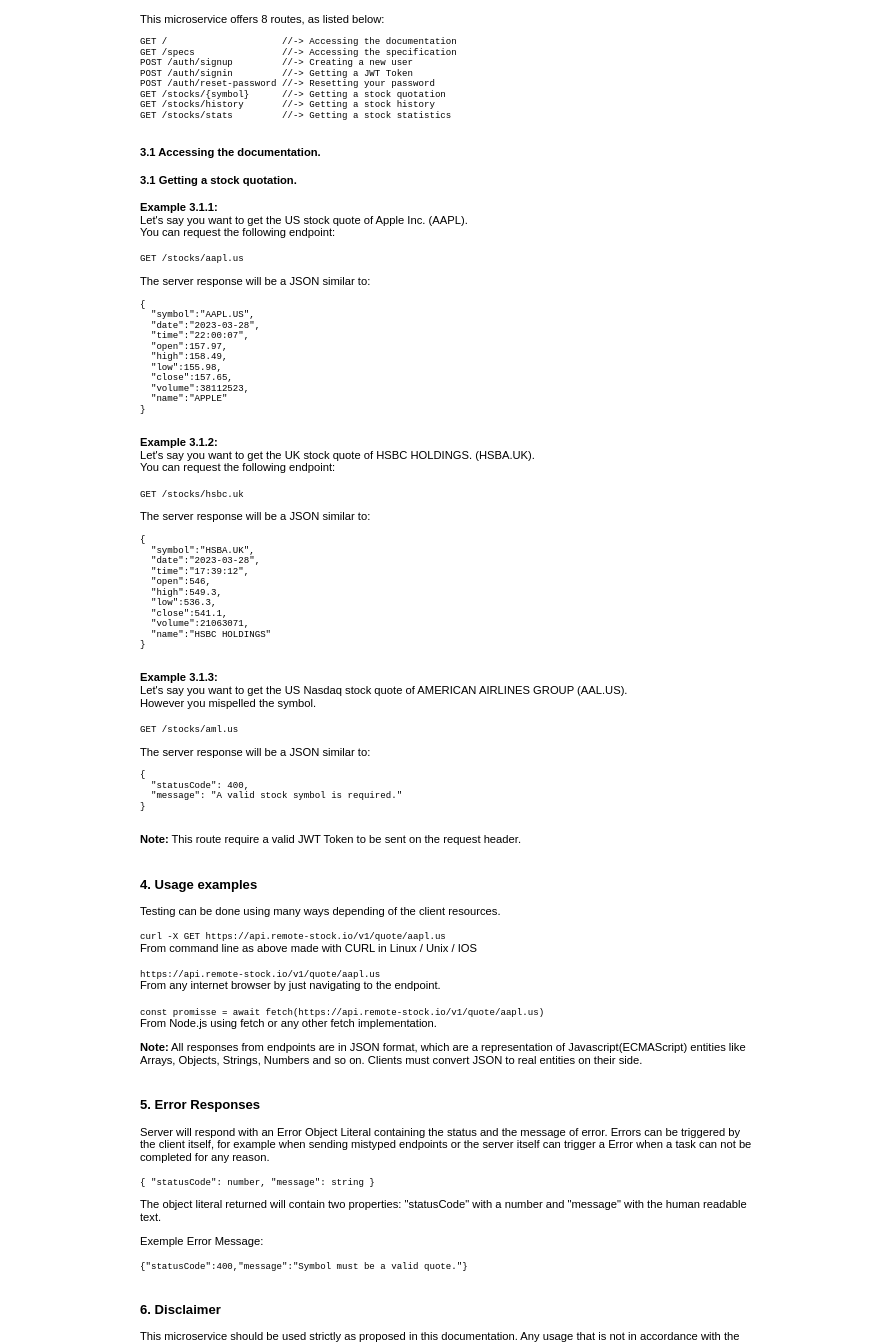
Repository: miguelamello/nest-js
Page: stock-service/documentation.html
These files come from the project's save history. The page is drawn as it stood at one moment and after the next save; the edit follows.
The browser window is 1280 px wide. The pictures show the part of the page from y = 1616 to 3536 px (the page is 3651 px tall before and 5612 px after), at 70% of full size.

Above is the page before, as saved 2023-04-02 21:14:53.

### stock-service/documentation.html
<!DOCTYPE html>
<html lang="en">
<head>
  <meta charset="UTF-8">
  <meta http-equiv="X-UA-Compatible" content="IE=edge">
  <meta name="viewport" content="width=device-width, initial-scale=1.0">
  <title>STOCK QUOTE MICROSERVICE</title>
  <style>
    body {
      font-family: Arial, Helvetica, sans-serif;
      padding: 3% 15%;
    }
    h3 {
      margin-top: 5%;
    }
    pre {
      margin: 0;
      overflow: auto;
    }
  </style>
</head>
<body>
  <h2>STOCK QUOTE MICROSERVICE DOCUMENTATION</h2>
  <p>
    This microservice aims to facilitate the acquisition of stock exchange quotes from various
    companies in US and UK. Please follow the documentation to get a complete understanding
    of how the service works.
  </p>

  <h3>1. Entrypoint</h3>
  <code>https://api.stock-quote.io/v1</code>
  <p>
    All routes starts from the entrypoint above. Accessing this entrypoint will
    retrieve the STOCK QUOTE MICROSERVICE DOCUMENTATION in a friendly presentation,
    as easy to read as this page can be.
  </p>

  <p>If you want for a more detailed documentation, you should navigate to the
    STOCK QUOTE MICROSERVICE SPECIFICATION where you will find more technical
    explanations about the service.
  </p>

  <pre>
GET /spec HTTP/1.1
Host: https://api.stock-quote.io/v1
  </pre>

  <h3>2. Authentication</h3>
  <p>A JSON Web Token (JWT) Authentication is required for some routes on the microservice.
    Below is listed the steps that must be followed to get a valid JWT Token. The token is
    a string similar to the following:
  </p>

  <pre>
eyJhbGciOiJIUzI1NiIsInR5cCI6IkpXVCJ9.eyJ1c2VybmFtZSI6Im1pZ3VlbGFuZ2Vsb21
lbGxvQGdtYWlsLmNvbSIsInN1YiI6IjY0Mjg2YmY0ZWE1OTAxNmQwNjg0MTJiYSIsImlhdCI6MTY4MDM3Mjc4OSwiZ
XhwIjoxNjgwNDU5MTg5fQ.6tP4CUwuBqWPXSu1aLEoy7kCQnCnvEBEXRHDIXUWLNo
  </pre>
  <p>

    <br><div><b>2.1 Signup to the service</b></div><br>

    <pre>
POST /auth/signup HTTP/1.1
Host: https://api.stock-quote.io/v1
Content-Type: application/x-www-form-urlencoded
Content-Length: 35

email=yourname@example.com
    </pre>

    <div>You must send a POST request to <code>/auth/signup</code> with POST BODY containing a valid email.
      You will receive a email with a link to confirm your email address. After the email confirmation,
      another email with your Username and Password will be sent to you. You should use this login
      information to get your JWT Token. Keep following.</div>
    </div>
  </p>

  <p>
    <br><div><b>2.2 Signin to the service</b></div><br>

    <pre>
POST /auth/signin HTTP/1.1
Host: https://api.stock-quote.io/v1
Content-Type: application/x-www-form-urlencoded
Content-Length: 77

email=yourname@example.com&
password=e49015be5ba9752ab634b5649045bc56
    </pre>

    <div>You must send a POST request to <code>/auth/signin</code> with POST BODY containing the
      confirmed email and the password you received by email. If login is valid you will
      receive a response with the JWT Token that you must use to access all the available
      routes on the microservice. The Route response will be a JWT Token similar to bellow.
    </div><br>

    <pre>
{
  "access_token": "eyJhbGciOiJIUzI1NiIsInR5cCI6IkpXVCJ9.eyJ1c2VybmFtZSI6Im1pZ3VlbGFuZ2Vsb21
  lbGxvQGdtYWlsLmNvbSIsInN1YiI6IjY0Mjg2YmY0ZWE1OTAxNmQwNjg0MTJiYSIsImlhdCI6MTY4MDM3Mjc4OSwiZ
  XhwIjoxNjgwNDU5MTg5fQ.6tP4CUwuBqWPXSu1aLEoy7kCQnCnvEBEXRHDIXUWLNo"
}
    </pre>

    <div>Note: You must annotate this token somewhere, since a JWT Token can not be generated
      again with the same hash. If you lose your token, you will have to repeat the steps above
      on item 2.2 to get a new token.
    </div><br>

  </p>

  <p>
    <div><b>2.3 Use the JWT Token to access the routes</b></div><br>

    <pre>
GET /stocks/aapl.us HTTP/1.1
Host: https://api.stock-quote.io/v1
Authorization: Bearer eyJhbGciOiJIUzI1NiIsInR5cCI6IkpXVCJ9.eyJ1c2VybmFtZSI6Im1pZ3VlbGFuZ2Vsb21
lbGxvQGdtYWlsLmNvbSIsInN1YiI6IjY0Mjg2YmY0ZWE1OTAxNmQwNjg0MTJiYSIsImlhdCI6MTY4MDM3Mjc4OSwiZXhwI
joxNjgwNDU5MTg5fQ.6tP4CUwuBqWPXSu1aLEoy7kCQnCnvEBEXRHDIXUWLNo
    </pre>

    <div>Here as an example, a request to the route <code>/stocks/aapl.us</code> is being made.
      You have to pay attention where you send the JWT Token in the request. The right place to
      send is in the HEADER of the request, using the field <code>Authorization:</code> and on the
      value side you write the JWT Token prefixing with <code>Bearer </code> keyword. This is a internet
      Standard for sending JWT Tokens.
    </div><br>

    <div>
      If everything is okay with your token, you can use it for up to 24 hours. After that, you will
      need to get a new token by following the steps above on item 2.2. Its a good idea to annotate
      the token and the password you received by email, so you can use it again in the future. However
      keep following to see how to reset your password.
    </div>
  </p>

  <h3>3. Routes</h3>

  <p>This microservice offers 8 routes, as listed below:</p>

  <pre>
GET /                     //-> Accessing the documentation
GET /specs                //-> Accessing the specification
POST /auth/signup         //-> Creating a new user
POST /auth/signin         //-> Getting a JWT Token
POST /auth/reset-password //-> Resetting your password
GET /stocks/{symbol}      //-> Getting a stock quotation
GET /stocks/history       //-> Getting a stock history
GET /stocks/stats         //-> Getting a stock statistics
  </pre>

  <h4>3.1 Accessing the documentation.</h4>



  <h4>3.1 Getting a stock quotation.</h4>

  <p>
    <div><b>Example 3.1.1:</b></div>
    <div>Let's say you want to get the US stock quote of Apple Inc. (AAPL).</div>
    <div>You can request the following endpoint:</div><br>
    <code>GET /stocks/aapl.us</code>

    <p>The server response will be a JSON similar to:</p>

    <pre>
{
  "symbol":"AAPL.US",
  "date":"2023-03-28",
  "time":"22:00:07",
  "open":157.97,
  "high":158.49,
  "low":155.98,
  "close":157.65,
  "volume":38112523,
  "name":"APPLE"
}
    </pre>
  </p>
  <p>
    <div><b>Example 3.1.2:</b></div>
    <div>Let's say you want to get the UK stock quote of HSBC HOLDINGS. (HSBA.UK).</div>
    <div>You can request the following endpoint:</div><br>
    <code>GET /stocks/hsbc.uk</code>

    <p>The server response will be a JSON similar to:</p>

    <pre>
{
  "symbol":"HSBA.UK",
  "date":"2023-03-28",
  "time":"17:39:12",
  "open":546,
  "high":549.3,
  "low":536.3,
  "close":541.1,
  "volume":21063071,
  "name":"HSBC HOLDINGS"
}
    </pre>
  </p>

  <p>
    <div><b>Example 3.1.3:</b></div>
    <div>Let's say you want to get the US Nasdaq stock quote of AMERICAN AIRLINES GROUP (AAL.US).</div>
    <div>However you mispelled the symbol.</div><br>
    <code>GET /stocks/aml.us</code>

    <p>The server response will be a JSON similar to:</p>

    <pre>
{
  "statusCode": 400,
  "message": "A valid stock symbol is required."
}
    </pre>

    <p>
      <b>Note:</b> This route require a valid JWT Token to be sent on the request header.
    </p>
  </p>

  <h3>4. Usage examples</h3>

  <p>Testing can be done using many ways depending of the client resources.</p>

  <code>curl -X GET https://api.remote-stock.io/v1/quote/aapl.us</code>
  <div>From command line as above made with CURL in Linux / Unix / IOS</div>
  <br>
  <code>https://api.remote-stock.io/v1/quote/aapl.us</code>
  <div>From any internet browser by just navigating to the endpoint.</div>
  <br>
  <code>const promisse = await fetch(https://api.remote-stock.io/v1/quote/aapl.us)</code>
  <div>From Node.js using fetch or any other fetch implementation.</div>

  <p>
    <b>Note:</b> All responses from endpoints are in JSON format, which are a
    representation of Javascript(ECMAScript) entities like Arrays, Objects,
    Strings, Numbers and so on. Clients must convert JSON to real entities
    on their side.
  </p>

  <h3>5. Error Responses</h3>

  <p>
    Server will respond with an Error Object Literal containing
    the status and the message of error. Errors can be triggered
    by the client itself, for example when sending mistyped endpoints
    or the server itself can trigger a Error when a
    task can not be completed for any reason.
  </p>

  <p>
    <code>{ "statusCode": number, "message": string }</code><br>
    <div>
      The object literal returned will contain two properties:
      "statusCode" with a number and "message" with the human readable text.
    </div>
  </p>

  <p>Exemple Error Message:</p>
  <p>
    <code>
      {"statusCode":400,"message":"Symbol must be a valid quote."}
    </code>
  </p>

  <h3>6. Disclaimer</h3>
  <p>
    This microservice should be used strictly as proposed in this documentation.
    Any usage that is not in accordance with the documentation may result in harmful
    consequences to the user. The authors of this service are not responsible for
    any misuse of the proposed microservice and its consequences. If you have any question,
    suggestion, information regarding the use of this service, please contact
    the authors at <b>developers@remote-stock.io</b>
  </p>

</body>
</html>

After the next save:
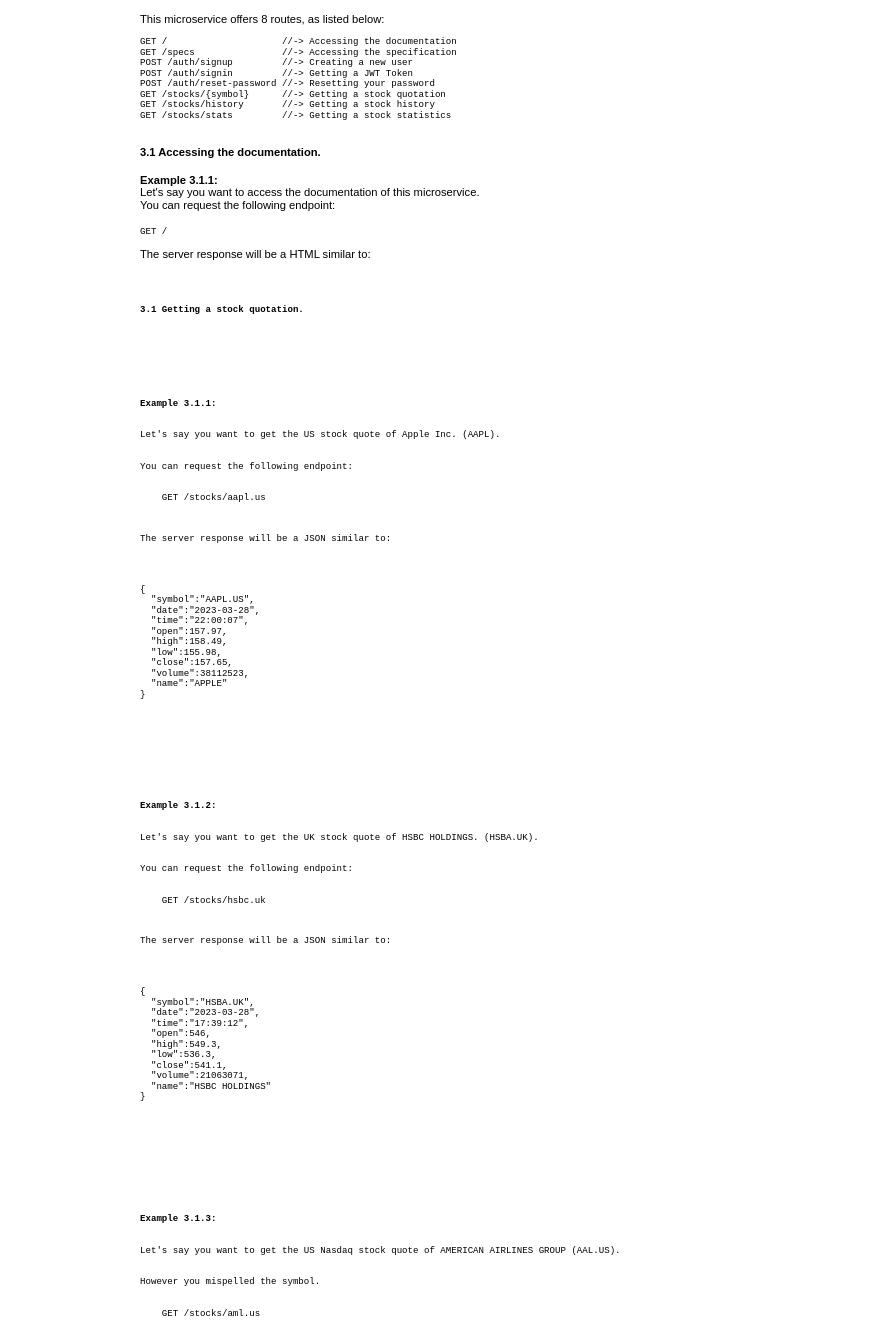
Saved 8 s later.
--- a/stock-service/documentation.html
+++ b/stock-service/documentation.html
@@ -153,7 +153,15 @@ GET /stocks/stats         //-> Getting a stock statistics
 
   <h4>3.1 Accessing the documentation.</h4>
 
-
+  <p>
+    <div><b>Example 3.1.1:</b></div>
+    <div>Let's say you want to access the documentation of this microservice.</div>
+    <div>You can request the following endpoint:</div><br>
+    <code>GET /</code>
+
+    <p>The server response will be a HTML similar to:</p>
+
+    <pre>
 
   <h4>3.1 Getting a stock quotation.</h4>
 
